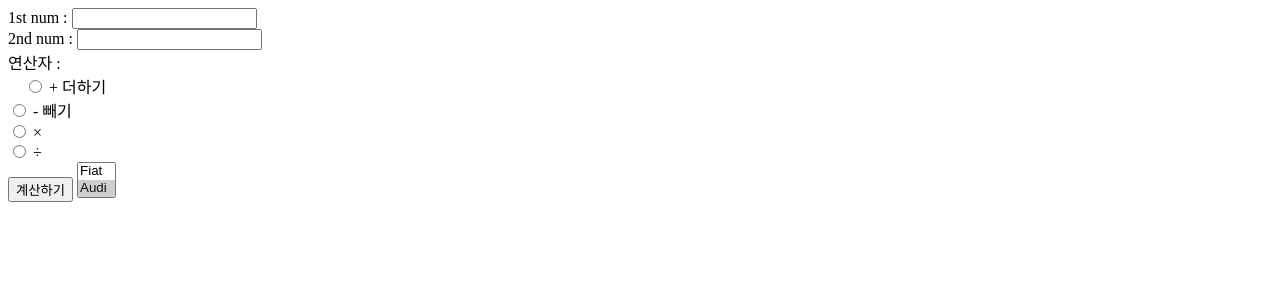
Repository: chuni90/bigdata
Page: http://localhost/tutorial_02/add_3.jsp
The author's editor kept a copy of each file at every save. The page is drawn from the files as they stood at one save, then again after the next save.
The browser window is 1280 px wide. The pictures show the whole page.
The page is served by Tomcat 9.

Above is the page before, as saved 2019-09-23 07:53:53.

### 2. Java DB/Oracle/tutorial_02/WebContent/add_3.jsp
<%@ page language="java" contentType="text/html; charset=UTF-8"
    pageEncoding="UTF-8"%>


<!DOCTYPE html PUBLIC "-//W3C//DTD HTML 4.01 Transitional//EN" "http://www.w3.org/TR/html4/loose.dtd">
<html>
	<head>
		<meta http-equiv="Content-Type" content="text/html; charset=UTF-8">
		<title>Insert title here</title>
	</head>
	<body>
		<form action = "add_pro.jsp" method = "post"> <!-- method의 default는 get 방식이며, post로 할 경우 URL에서 쿼리가 안 보임-->
			1st num : <input name = "num1" type = "text"/><br>
			2nd num : <input name = "num2" type = "text"/><br>
			연산자 : <br>
			&nbsp;&nbsp;&nbsp;
			<input type = "radio" name = "op" value = "+"> + 더하기&nbsp;<br>
			<input type = "radio" name = "op" value = "-"> - 빼기&nbsp;<br>
			<input type = "radio" name = "op" value = "*"> ×&nbsp;<br>
			<input type = "radio" name = "op" value = "/"> ÷&nbsp;<br>

			<input type = "submit" value = "계산하기"/>

			<select name="cars" size="2" multiple>  <!-- size는 처음에 보여줄 개수 -->
			    <option value="volvo">Volvo</option>
			    <option value="saab">Saab</option>
			    <option value="fiat">Fiat</option>
			    <option value="audi" selected>Audi</option>  <!-- selected는 초기 선택값 지정 -->
		  	</select>

		</form>

	</body>
</html>

After the next save:
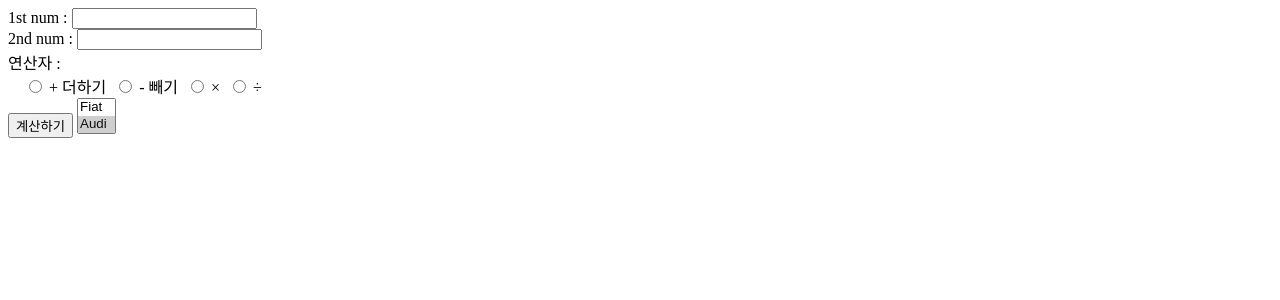
Saved 38 s later.
--- a/2. Java DB/Oracle/tutorial_02/WebContent/add_3.jsp
+++ b/2. Java DB/Oracle/tutorial_02/WebContent/add_3.jsp
@@ -14,9 +14,9 @@
 			2nd num : <input name = "num2" type = "text"/><br>
 			연산자 : <br>
 			&nbsp;&nbsp;&nbsp;
-			<input type = "radio" name = "op" value = "+"> + 더하기&nbsp;<br>
-			<input type = "radio" name = "op" value = "-"> - 빼기&nbsp;<br>
-			<input type = "radio" name = "op" value = "*"> ×&nbsp;<br>
+			<input type = "radio" name = "op" value = "+"> + 더하기&nbsp;
+			<input type = "radio" name = "op" value = "-"> - 빼기&nbsp;
+			<input type = "radio" name = "op" value = "*"> ×&nbsp;
 			<input type = "radio" name = "op" value = "/"> ÷&nbsp;<br>
 
 			<input type = "submit" value = "계산하기"/>
